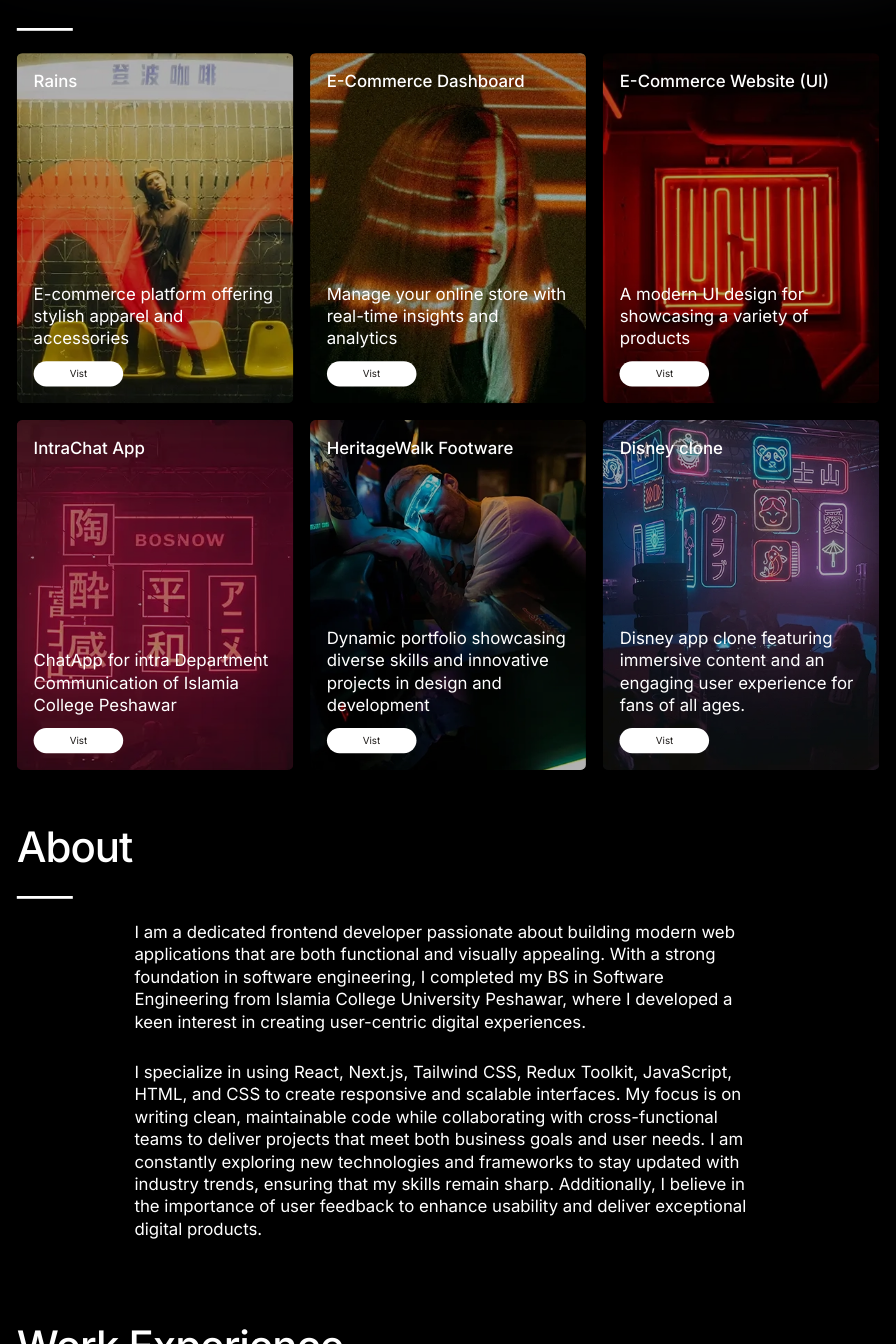
Repository: xarrkhan001/Abuzar-NewPortfolio-Framermotion
Page: /
These files come from the project's save history. The page is drawn as it stood at one moment and after a run of saves; the edit follows.
The browser window is 1280 px wide. The pictures show the part of the page from y = 820 to 2740 px (the page is 4220 px tall), at 70% of full size.
The project was rebuilt for these pictures with package versions that can differ from the ones it lists, and the page was loaded fresh each time. Some packages were replaced by stand-ins written for this rebuild. Also part of the build but not shown: vite.config.js. Imported but missing from the stored project, and not drawn on this page: src/assets/abuzar01-Cv....pdf.

Above is the page before, as saved 2025-03-02 11:12:32.

After the next 2 saves:
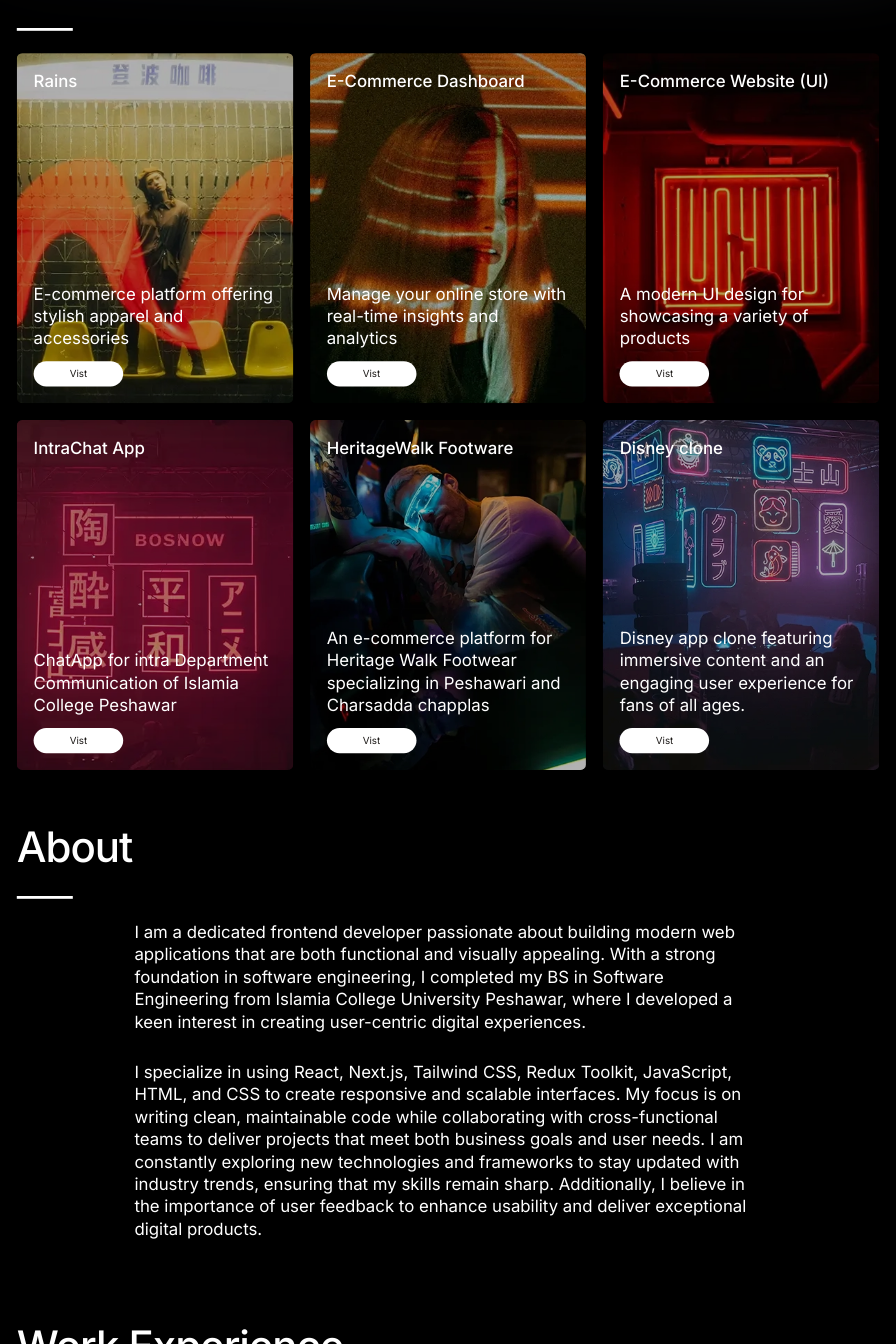
The 2 saves are shown as one change because 1 did not build or start.
The last was saved 47 s later.
--- a/src/constants/index.js
+++ b/src/constants/index.js
@@ -50,7 +50,7 @@ export const PROJECTS = [
   {
     name: "HeritageWalk Footware",
     description:
-      "Dynamic portfolio showcasing diverse skills and innovative projects in design and development",
+      "An e-commerce platform for Heritage Walk Footwear specializing in Peshawari and Charsadda chapplas",
     image: projects5,
     link: "https://abuzar-protfolio-renk.vercel.app/",
   },
